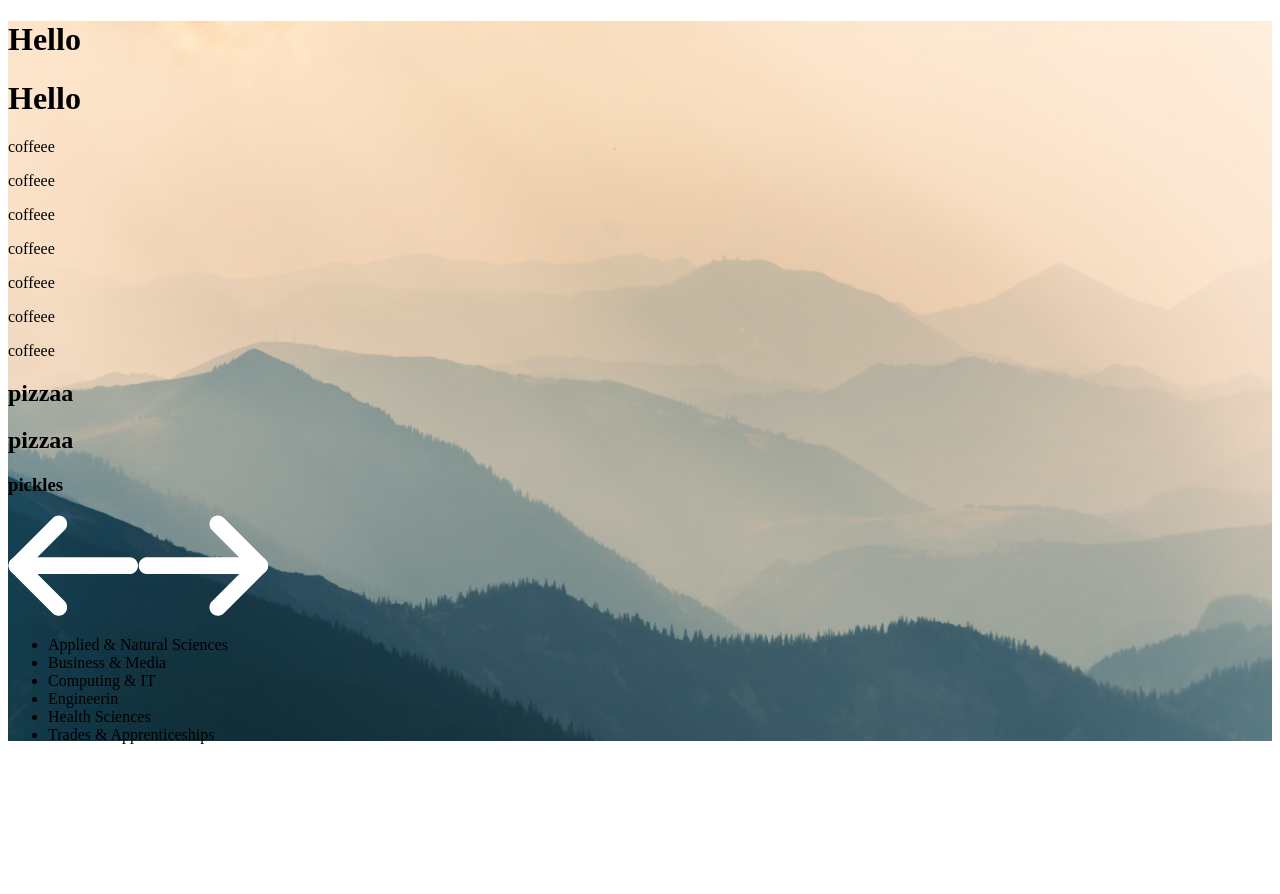
Repository: sierralaurent/MDIA2109-Assignment01
Page: /about
These files come from the project's save history. The page is drawn as it stood at one moment and after the next save; the edit follows.
The browser window is 1280 px wide. The pictures show the whole page.
The project was rebuilt for these pictures with package versions that can differ from the ones it lists, and the page was loaded fresh each time. The framework's server and built-in components were replaced by stand-ins that run in the browser. Also part of the build but not shown: next.config.js.

Above is the page before, as saved 2023-02-02 13:04:41.

After the next save:
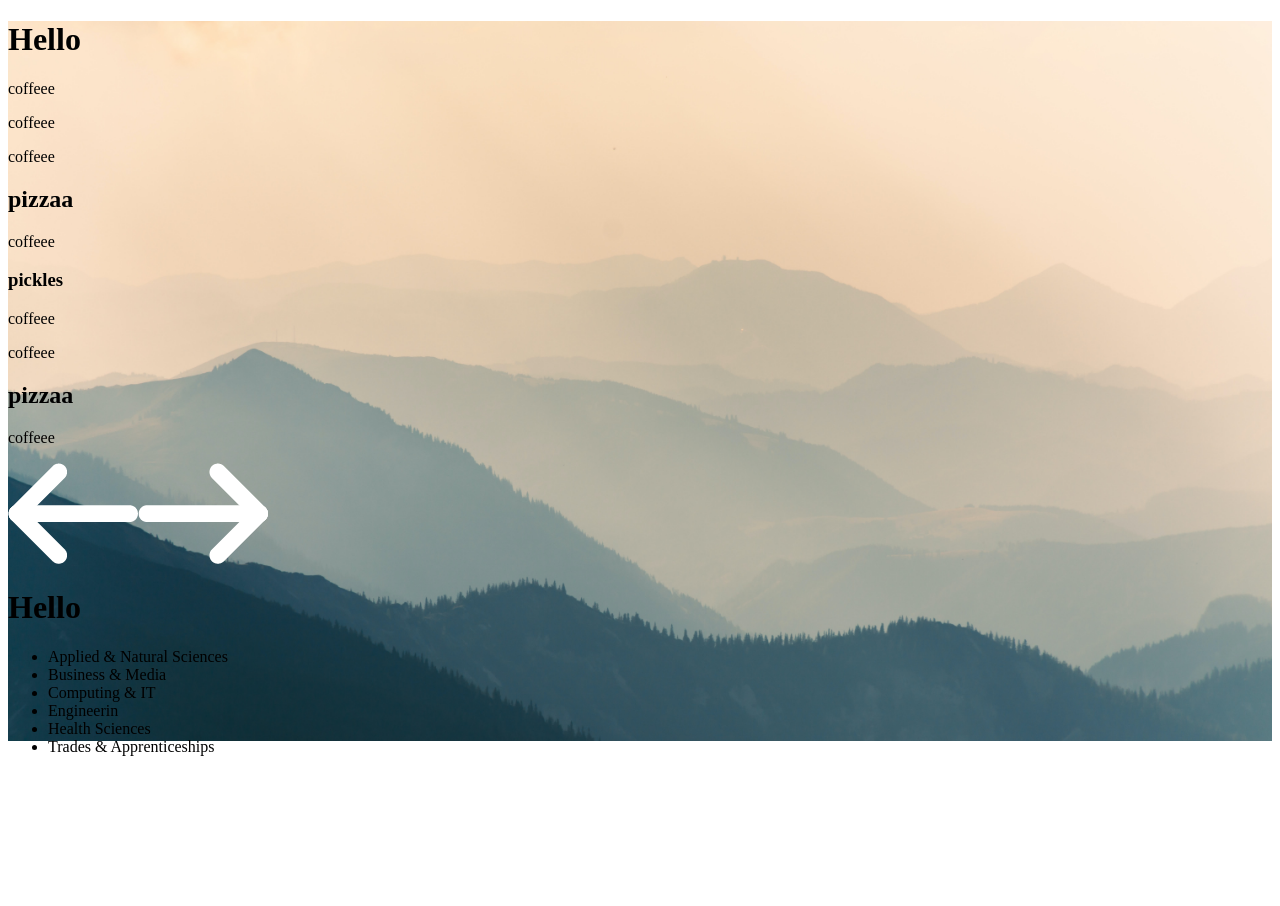
Saved 5 h 28 min later.
--- a/pages/about.js
+++ b/pages/about.js
@@ -17,28 +17,24 @@ export default function About() {
       <main className={styles.main}>
         <div>
         <h1>Hello</h1>
-        <h1>Hello</h1>
-        <div>
-            <p>coffeee</p>
-            <p>coffeee</p>
-            <p>coffeee</p>
-            <p>coffeee</p>
-            <p>coffeee</p>
-            <p>coffeee</p>
-            <p>coffeee</p>
-            <div>
-                <h2>pizzaa</h2>
-                <h2>pizzaa</h2>
-            </div>
-            <div>
-                <h3>pickles</h3>
-            </div>
+        <p>coffeee</p>
+        <p>coffeee</p>
+        <p>coffeee</p>
+        <h2>pizzaa</h2>
+        <p>coffeee</p>
+        <h3>pickles</h3>
+        <p>coffeee</p>
+        <p>coffeee</p>
+        <h2>pizzaa</h2>
+        <p>coffeee</p>
         </div>
-        </div>
+
         <div className="carouselImage">
         <img src="/icons/leftArrow.png" alt="leftArrow"></img>
         <img src="/icons/rightArrow.png" alt="rightArrow"></img>
+        <h1>Hello</h1>
         <ul>
+
             <li>Applied & Natural Sciences</li>
             <li>Business & Media</li>
             <li>Computing & IT</li>
